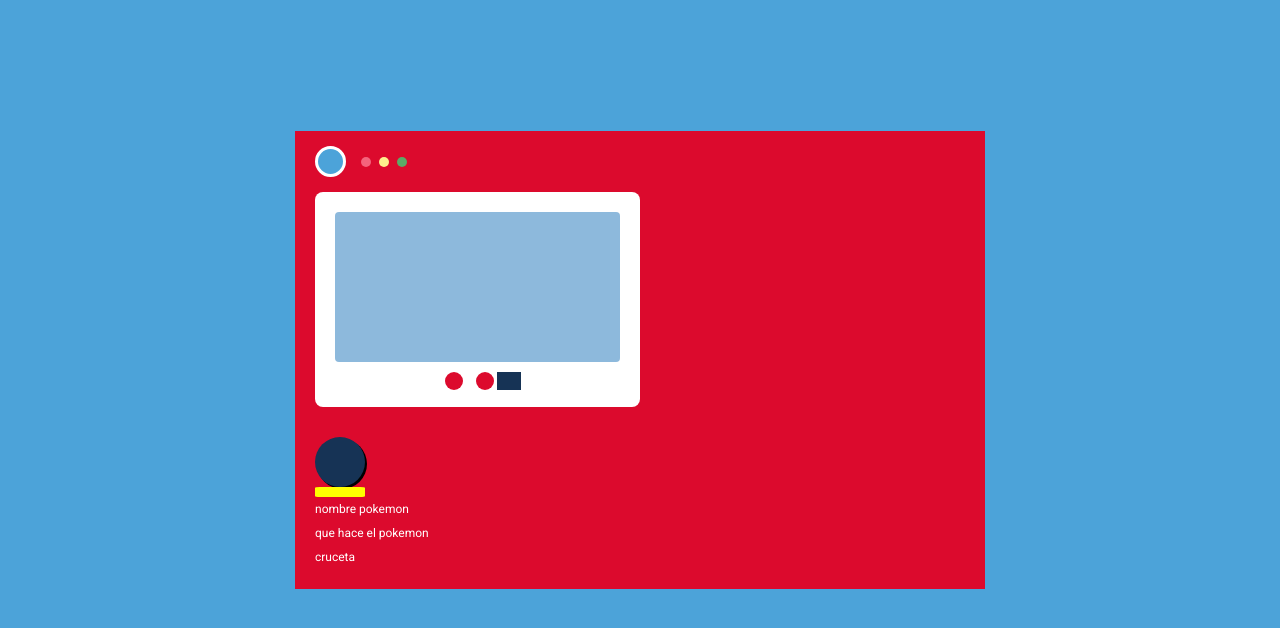
Repository: darkmantiz2/pokedex
Page: index.html
These files come from the project's save history. The page is drawn as it stood at one moment and after the next save; the edit follows.
The browser window is 1280 px wide. The pictures show the whole page.

Above is the page before, as saved 2022-01-19 17:30:44.

After the next save:
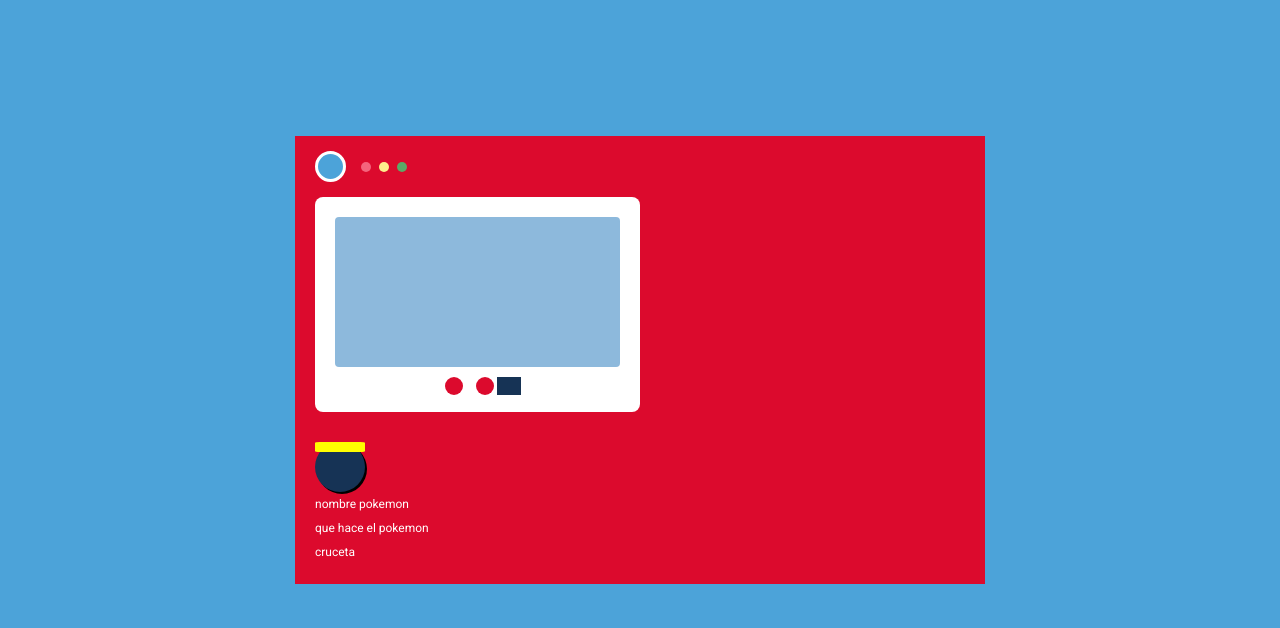
Saved 41 s later.
--- a/index.html
+++ b/index.html
@@ -27,9 +27,12 @@
             <div class="pokedex-screen-redpoint2"></div>
             <div class="pokedex-screen-lines"></div>
           </div>
-          <div class="pokedex-buttons"></div>
-          <div class="pokedex-buttons-yellow"></div>
+
+          <div class="pokedex-buttons">
+            <div class="pokedex-buttons-circle"></div>
+            <div class="pokedex-buttons-yellow"></div>
           <div class="pokedex-buttons-darkblue"></div>
+        </div>
           <div class="container-info">
             <div class="pokemon-name">nombre pokemon</div>
             <div class="pokemon-description">que hace el pokemon</div>

After the save that followed:
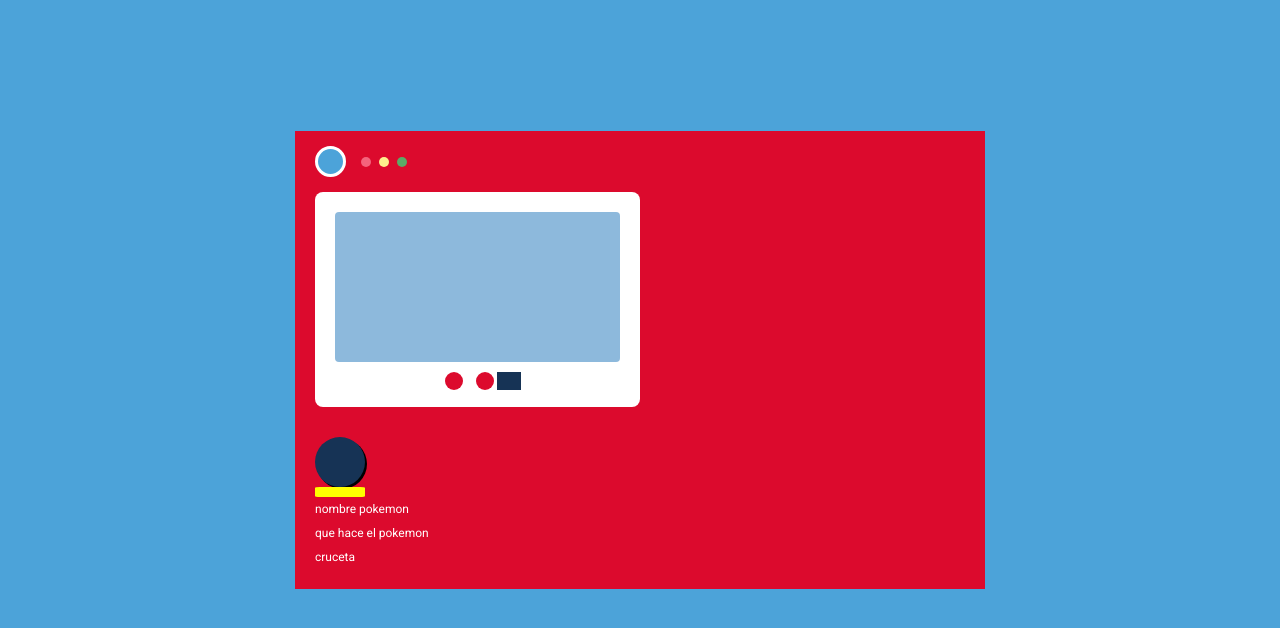
Saved 9 s later.
--- a/css/index.css
+++ b/css/index.css
@@ -130,7 +130,7 @@
   height: 18px;
   background: var(--secondary);1
 }
-.pokedex-buttons{
+.pokedex-buttons-circle{
   width: 50px;
   height: 50px;
   border-radius: 50%;
